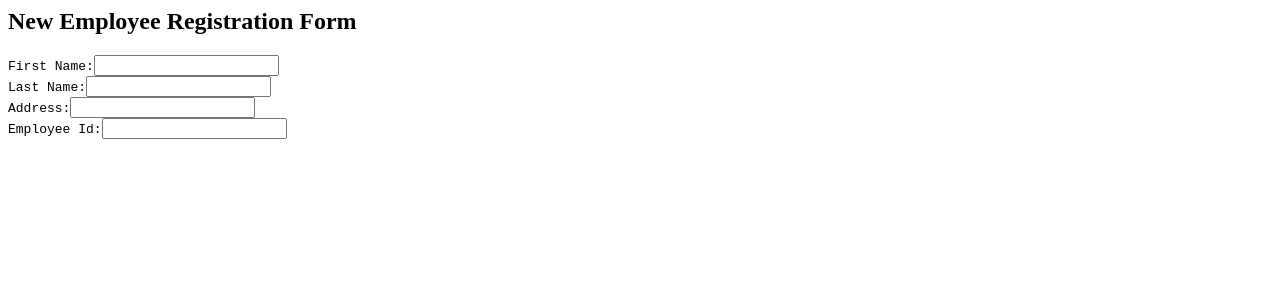
Repository: Basavaraj-007/core-java
Page: http://localhost/Springmvc3/
The author's editor kept a copy of each file at every save. The page is drawn from the files as they stood at one save, then again after the next save.
The browser window is 1280 px wide. The pictures show the whole page.
The page is served by Tomcat 9.

Above is the page before, as saved 2022-11-03 04:15:48.

After the next save:
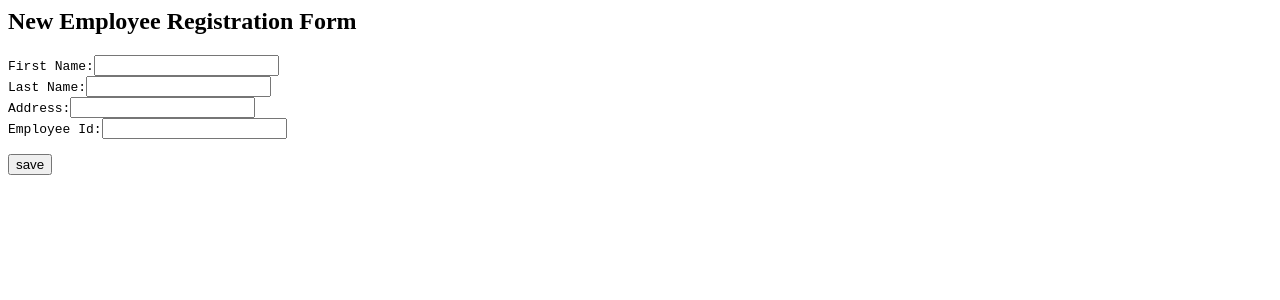
Saved 26 s later.
--- a/Springmvc3/src/main/webapp/index.jsp
+++ b/Springmvc3/src/main/webapp/index.jsp
@@ -8,7 +8,7 @@ Last Name:<input type ="text" name="last name" >
 Address:<input type ="text" name="address" >
 Employee Id:<input type ="text" name="employee id" >
 
-
+<input type="submit"  value="save">
 </pre>
 
 </form>
